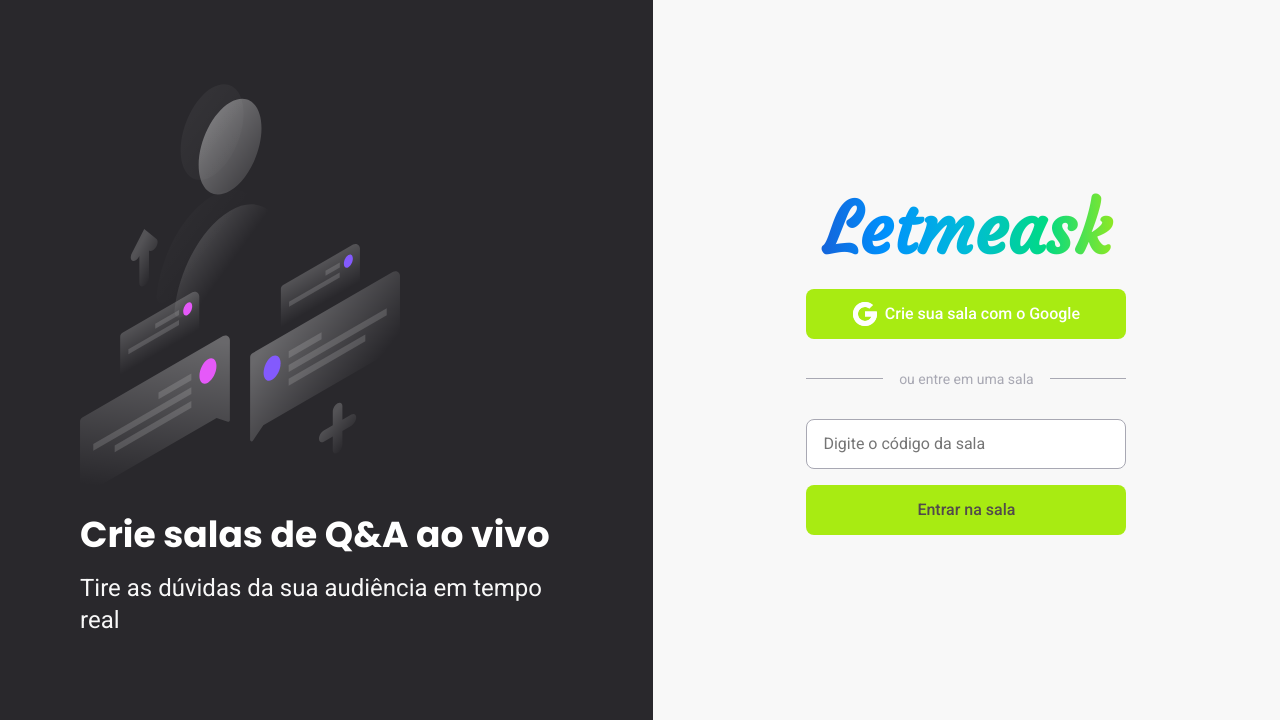
Repository: joaovnogueira/letmeask
Page: /
These files come from the project's save history. The page is drawn as it stood at one moment and after a run of saves; the edit follows.
The browser window is 1280 px wide. The pictures show the whole page.
The project was rebuilt for these pictures with package versions that can differ from the ones it lists, and the page was loaded fresh each time. A package was used in the major version that the imports need, not the one package.json lists. Also part of the build but not shown: src/pages/NewRoom.tsx, src/components/Question.tsx, src/styles/room-code.scss, src/components/RoomCode.tsx, src/hooks/useRoom.tsx, src/styles/rooms.scss, src/pages/AdminRoom.tsx. Imported but missing from the stored project, and not drawn on this page: src/pages/Room.

Above is the page before, as saved 2022-03-12 15:40:20.

After the next 2 saves:
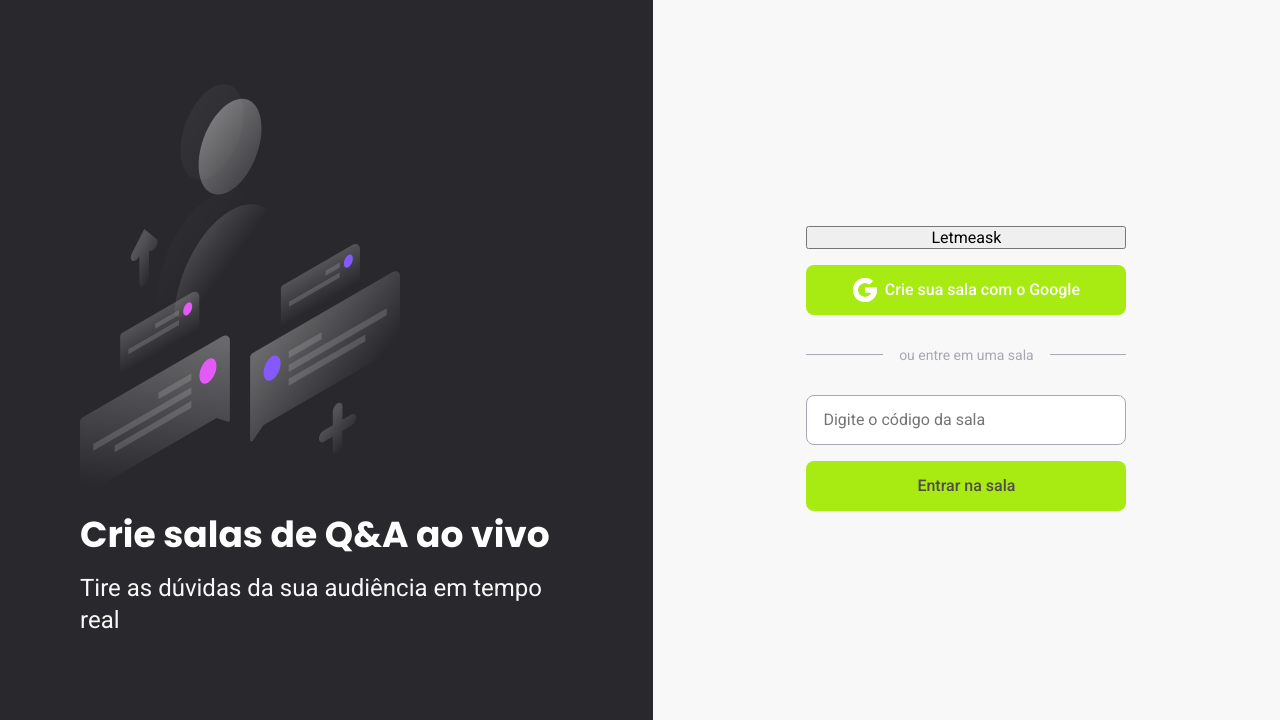
The 2 saves are shown as one change because 1 did not build or start.
The last was saved 57 s later.
--- a/src/pages/Home.tsx
+++ b/src/pages/Home.tsx
@@ -62,7 +62,7 @@
             </aside>
             <main>
                 <div className="main-content">
-                    <h1 id='Logo'>Letmeask</h1>
+                    <button id='Logo'>Letmeask</button>
                     <button onClick={handleCreateRoom} className="create-room">
                         <img src={googleIconImage} alt="Logo do Google" />
                         Crie sua sala com o Google
